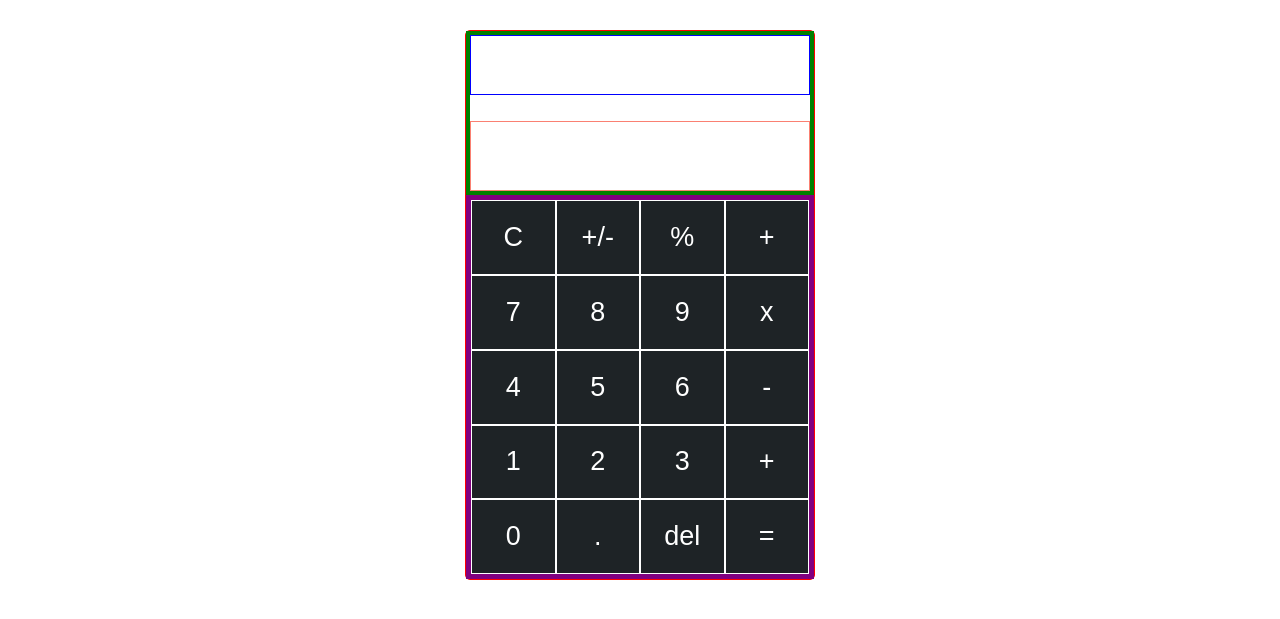
Repository: OfirLana/Calculator
Page: index.html
An editor plug-in stored every save of this project. The page is shown before and after the next save, followed by the edit.
The browser window is 1280 px wide. The pictures show the whole page.

Above is the page before, as saved 2019-03-12 19:43:12.

After the next save:
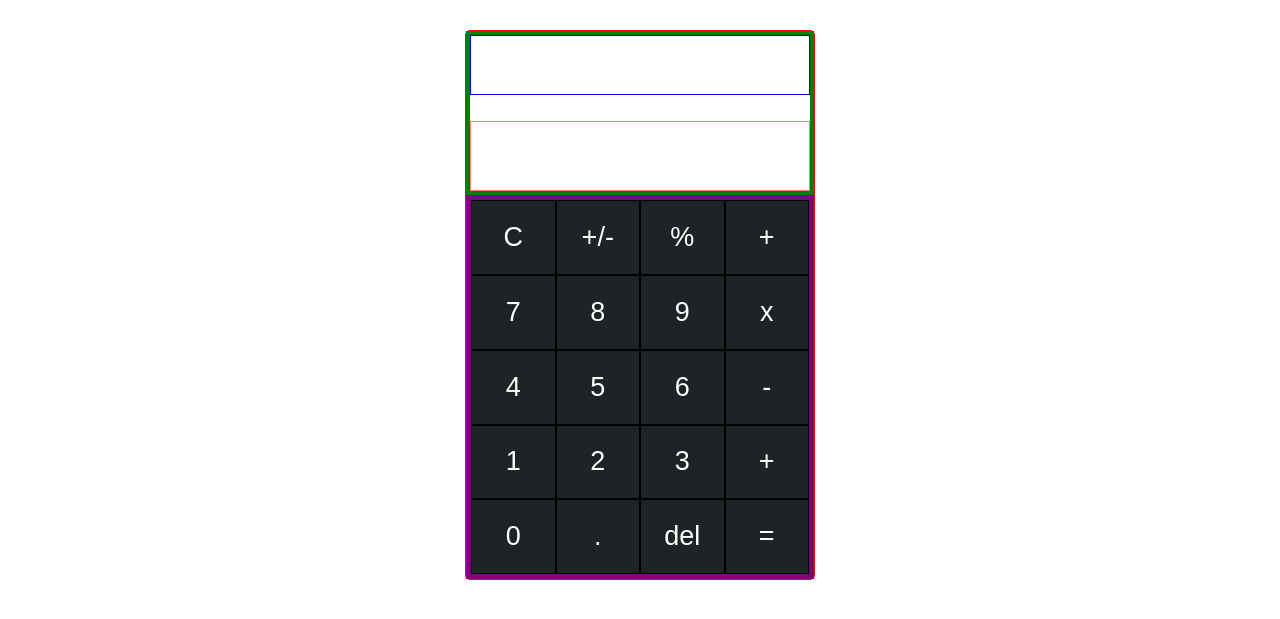
Saved 44 s later.
--- a/style.css
+++ b/style.css
@@ -62,7 +62,7 @@ body {
     width:25%;
     height:20%;
     background:#1E2326;
-    border:1px solid white;
+    border: 1px solid black;
     color:white;
     font-size:27px;
     font-weight:100;
